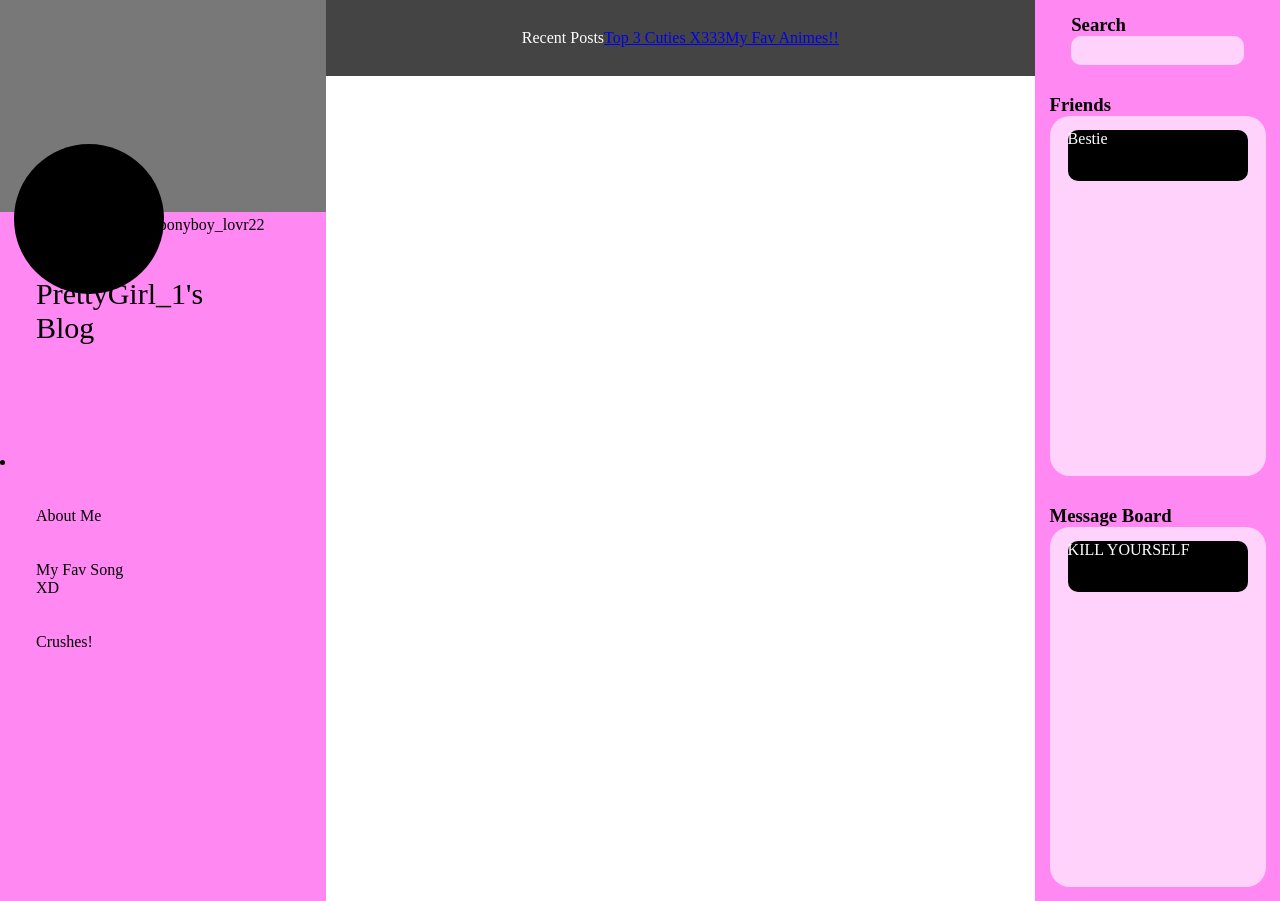
Repository: Jennica1/Frontend-Final
Page: index.html
These files come from the project's save history. The page is drawn as it stood at one moment and after the next save; the edit follows.
The browser window is 1280 px wide. The pictures show the whole page.

Above is the page before, as saved 2024-05-16 20:30:02.

After the next save:
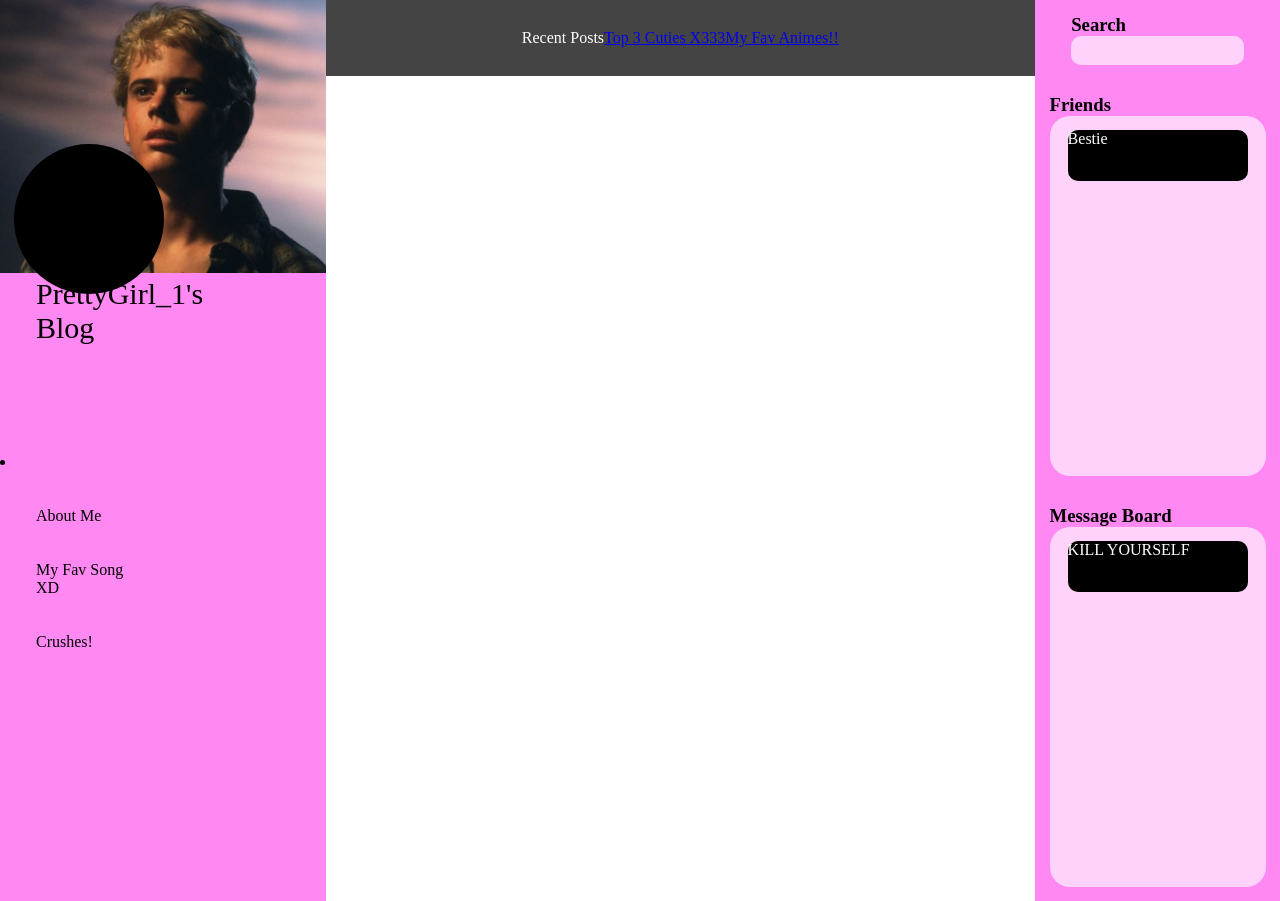
Saved 64 s later.
--- a/index.html
+++ b/index.html
@@ -18,7 +18,7 @@
         <!--Side Nav Left-->
         <div class="sidebar-left">
           <img src="images/Ellipse 1.svg" class="profile" width="150px" />
-          <img src="images/Rectangle 2.svg" alt="background image" class="background-photo" />
+          <img src="images/background-image.jpg" alt="background image" class="background-photo" />
           <p class="username">@ponyboy_lovr22</p>
           <p class="nickname">PrettyGirl_1's Blog</p>
           <li class="sidebar-list">

After the save that followed:
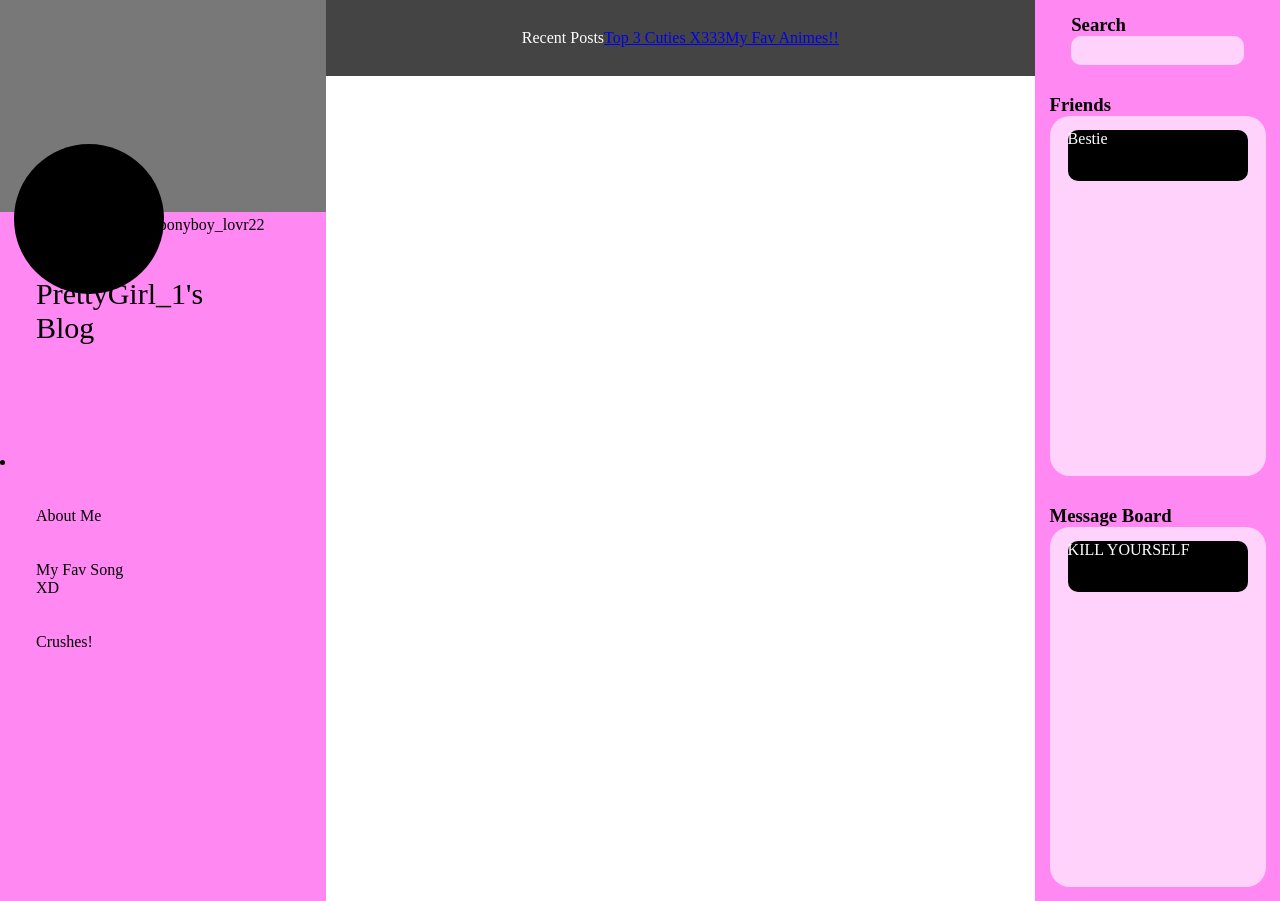
Saved 15 s later.
--- a/index.html
+++ b/index.html
@@ -18,7 +18,7 @@
         <!--Side Nav Left-->
         <div class="sidebar-left">
           <img src="images/Ellipse 1.svg" class="profile" width="150px" />
-          <img src="images/background-image.jpg" alt="background image" class="background-photo" />
+          <img src="images/Rectangle 2.svg" alt="background image" class="background-photo" />
           <p class="username">@ponyboy_lovr22</p>
           <p class="nickname">PrettyGirl_1's Blog</p>
           <li class="sidebar-list">
